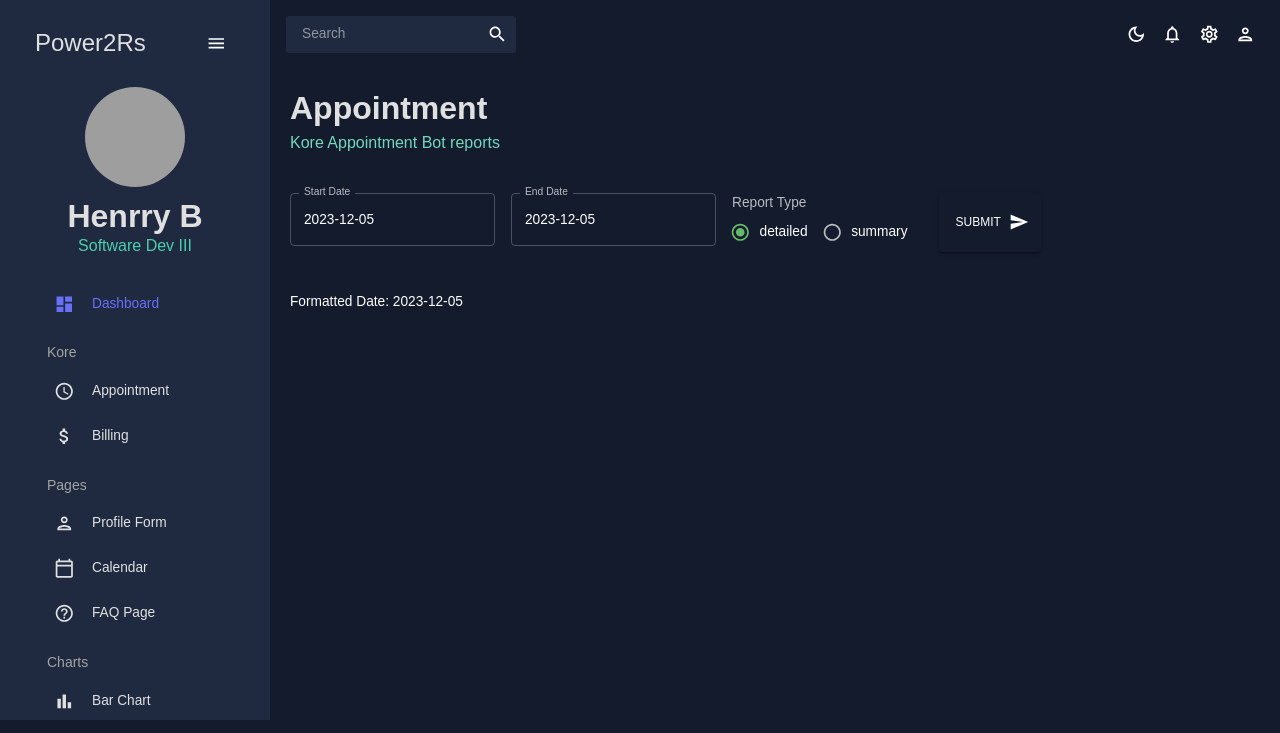
Repository: HenrryWith2Rs/reporthub
Page: /kore/appt (app in ui/)
The author's editor kept a copy of each file at every save. The page is drawn from the files as they stood at one save, then again after the next save.
The browser window is 1280 px wide. The pictures show the whole page.
Pictures or frames that could not be fetched are drawn as grey boxes. The project was rebuilt for these pictures with package versions that can differ from the ones it lists, and the page was loaded fresh each time. Also part of the build but not shown: ui/vite.config.ts, ui/src/data/mockData.ts, ui/src/components/LineChart.tsx, ui/src/data/mockGeoFeatures.ts, ui/src/components/GeographyChart.tsx, ui/src/data/dataParser.ts, ui/src/components/BarChart.tsx, ui/src/components/ProgressCircle.tsx and 7 more.

Above is the page before, as saved 2023-12-06 16:30:47.

After the next save:
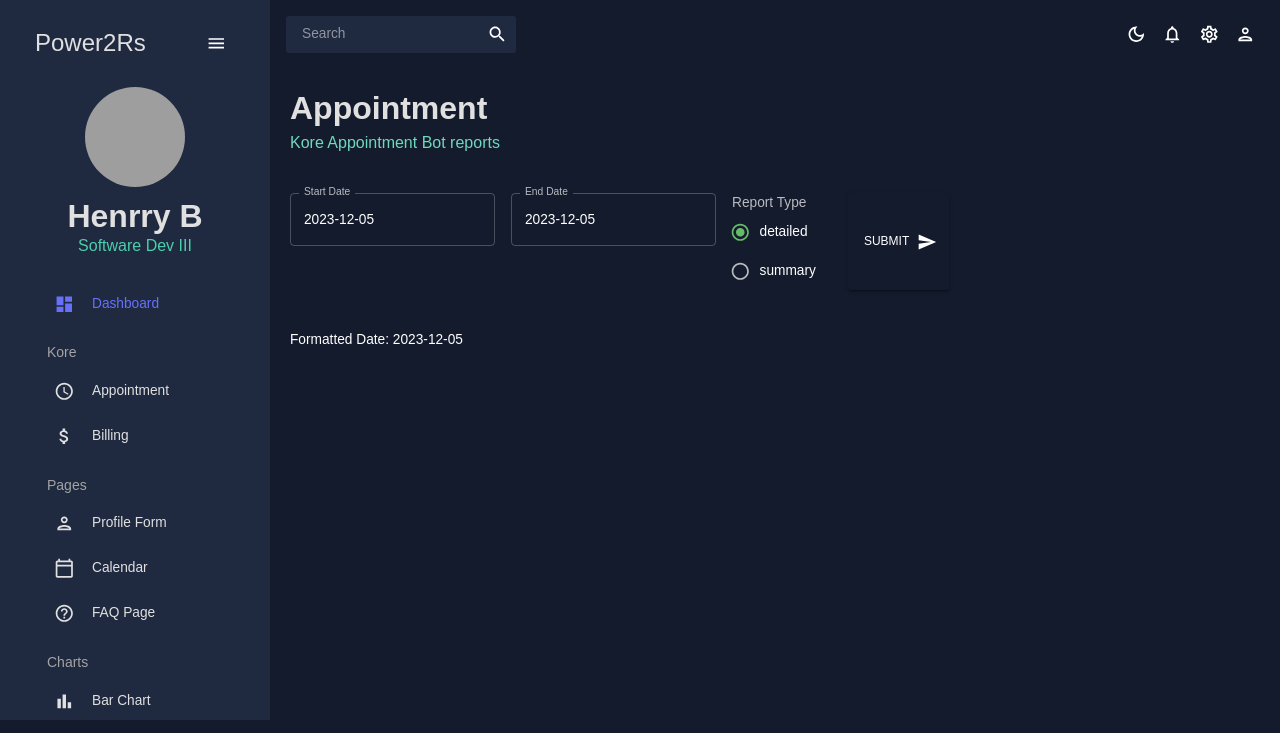
Saved 53 s later.
--- a/ui/src/scenes/appointment/index.tsx
+++ b/ui/src/scenes/appointment/index.tsx
@@ -44,7 +44,6 @@
           <FormControl>
             <FormLabel>Report Type</FormLabel>
             <RadioGroup
-              row
               name="row-radio-buttons-group"
               value={reportType}
               onChange={handleRadioChange}

After the save that followed:
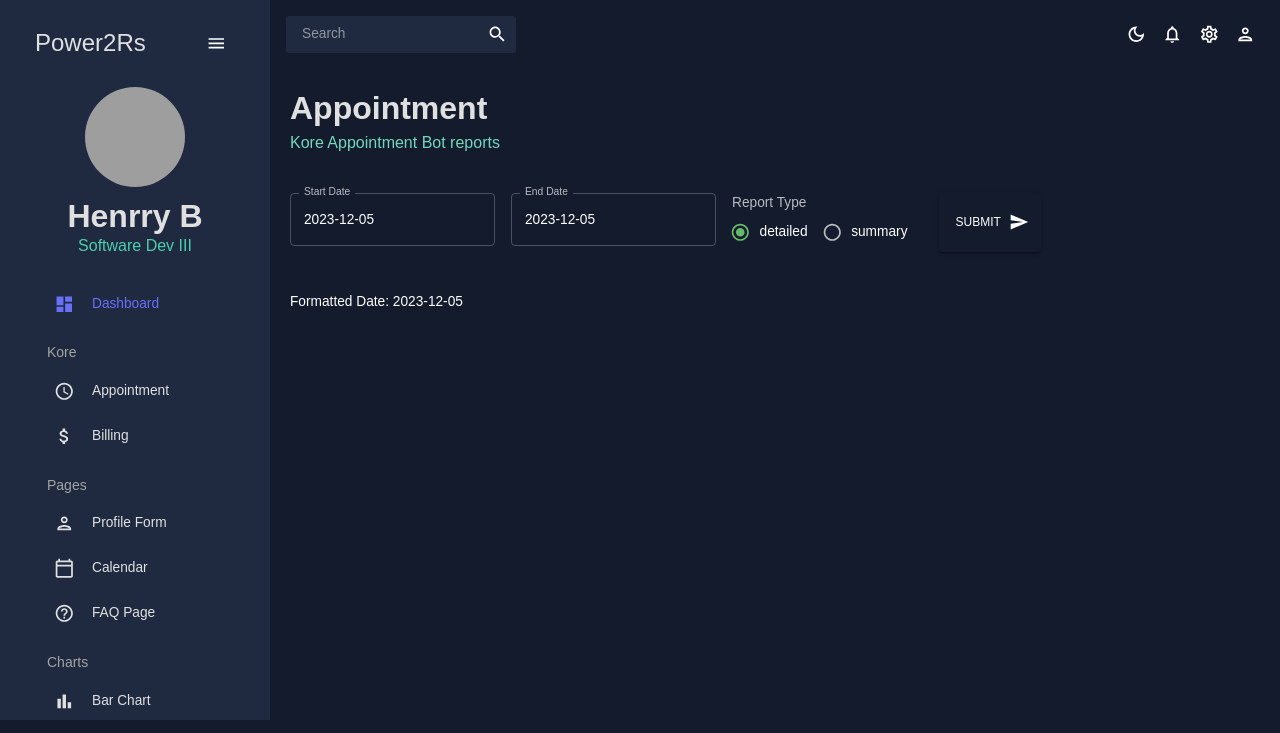
Saved 10 s later.
--- a/ui/src/scenes/appointment/index.tsx
+++ b/ui/src/scenes/appointment/index.tsx
@@ -44,6 +44,7 @@
           <FormControl>
             <FormLabel>Report Type</FormLabel>
             <RadioGroup
+              row
               name="row-radio-buttons-group"
               value={reportType}
               onChange={handleRadioChange}
